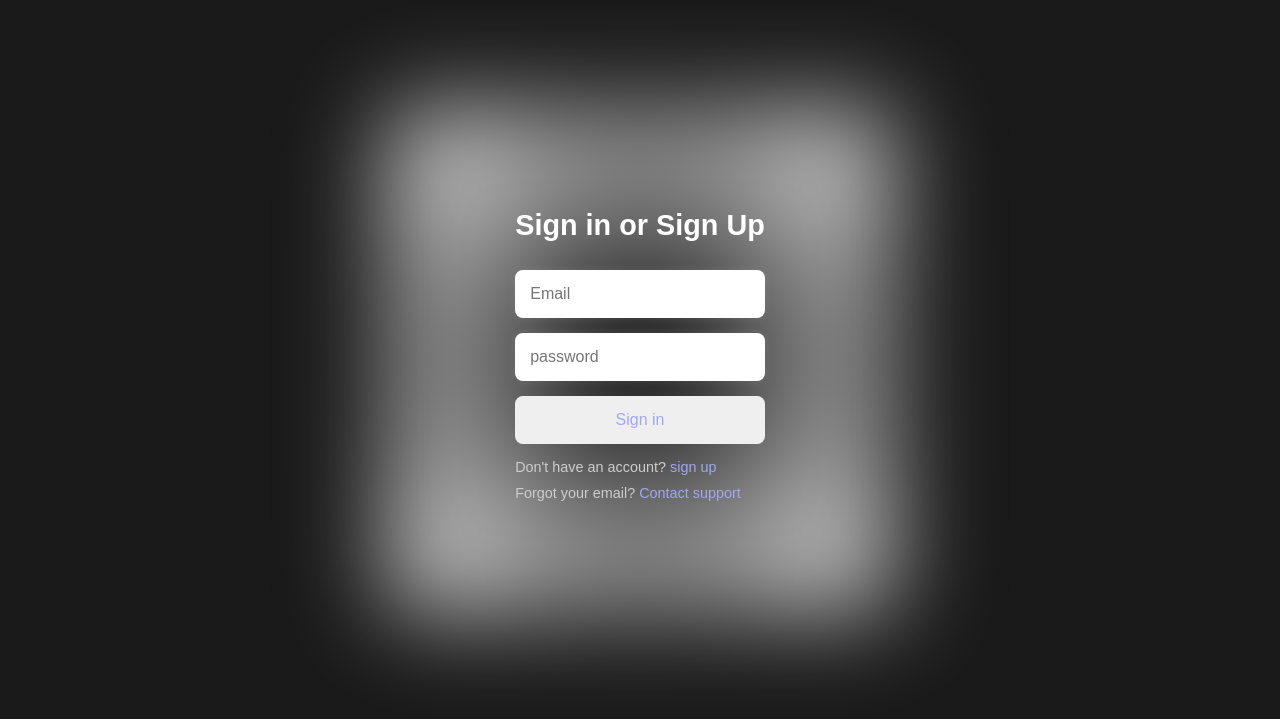
Repository: cmd-keyu/mobileppsh
Page: pages/login.html
An editor plug-in stored every save of this project. The page is shown before and after the next save, followed by the edit.
The browser window is 1280 px wide. The pictures show the whole page.

Above is the page before, as saved 2024-11-12 00:25:43.

After the next save:
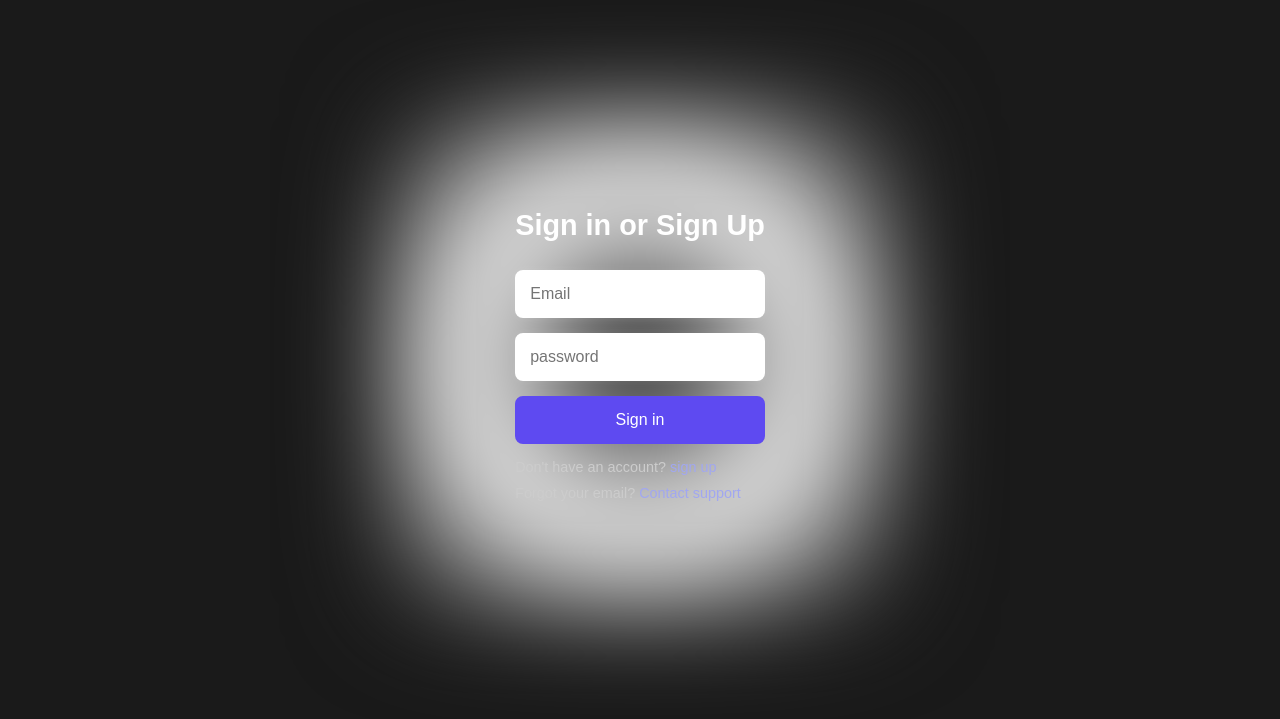
Saved 25 s later.
--- a/css/login.css
+++ b/css/login.css
@@ -27,7 +27,7 @@
     left: 50%;
     width: 500px;
     height: 500px;
-    background: radial-gradient(circle, black, white);
+    background: radial-gradient(circle, black, white, black);
     transform: translate(-50%, -50%);
     z-index: -1;
     border-radius: 5%;
@@ -88,8 +88,8 @@
   button {
     padding: 15px;
     font-size: 1em;
-    color: #a1a7f1;
-    /* color: #fff; */
+    background-color: #5e4af1;
+    color: #fff;
     border: none;
     border-radius: 8px;
     cursor: pointer;
